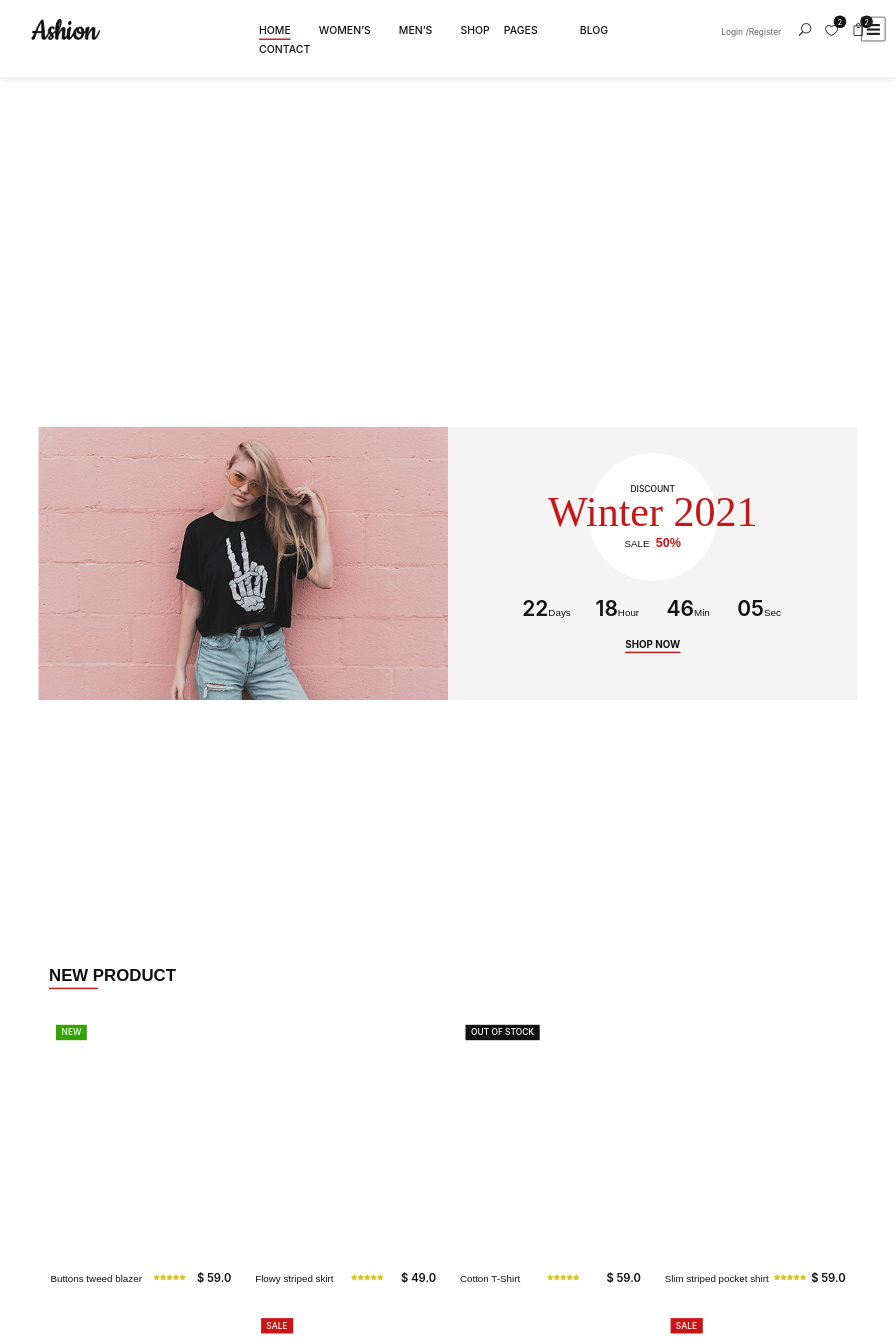
Repository: banchiec/shopping-fashion
Page: /
These files come from the project's save history. The page is drawn as it stood at one moment and after a run of saves; the edit follows.
The browser window is 1280 px wide. The pictures show the part of the page from y = 0 to 1920 px (the page is 2749 px tall before and 2793 px after), at 70% of full size.
The project was rebuilt for these pictures with package versions that can differ from the ones it lists, and the page was loaded fresh each time. Also part of the build but not shown: src/App.css, src/pages/Shop/Shop.js.

Above is the page before, as saved 2023-07-15 01:18:56.

### public/index.html
<!DOCTYPE html>
<html lang="en">
	<head>
		<meta charset="utf-8" />
		<link rel="icon" href="%PUBLIC_URL%/favicon.ico" />
		<meta name="viewport" content="width=device-width, initial-scale=1" />
		<meta name="theme-color" content="#000000" />
		<meta name="description" content="Web site created using create-react-app" />
		<link rel="apple-touch-icon" href="%PUBLIC_URL%/logo192.png" />
		<!--
      manifest.json provides metadata used when your web app is installed on a
      user's mobile device or desktop. See https://developers.google.com/web/fundamentals/web-app-manifest/
    -->
		<link rel="manifest" href="%PUBLIC_URL%/manifest.json" />
		<!--
      Notice the use of %PUBLIC_URL% in the tags above.
      It will be replaced with the URL of the `public` folder during the build.
      Only files inside the `public` folder can be referenced from the HTML.

      Unlike "/favicon.ico" or "favicon.ico", "%PUBLIC_URL%/favicon.ico" will
      work correctly both with client-side routing and a non-root public URL.
      Learn how to configure a non-root public URL by running `npm run build`.
    -->
		<title>React App</title>
		<link rel="stylesheet" href="assets/css/bootstrap.min.css" type="text/css" />
		<link rel="stylesheet" href="assets/css/font-awesome.min.css" type="text/css" />
		<link rel="stylesheet" href="assets/css/elegant-icons.css" type="text/css" />
		<link rel="stylesheet" href="assets/css/jquery-ui.min.css" type="text/css" />
		<link rel="stylesheet" href="assets/css/magnific-popup.css" type="text/css" />
		<link rel="stylesheet" href="assets/css/owl.carousel.min.css" type="text/css" />
		<link rel="stylesheet" href="assets/css/slicknav.min.css" type="text/css" />
		<link rel="stylesheet" href="assets/css/style.css" type="text/css" />
		<!-- Custom Scripts for this template -->
		<script src="assets/js/jquery-3.3.1.min.js"></script>
		<script src="assets/js/bootstrap.min.js"></script>
		<script src="assets/js/jquery.magnific-popup.min.js"></script>
		<script src="assets/js/jquery-ui.min.js"></script>
		<script src="assets/js/mixitup.min.js"></script>
		<script src="assets/js/jquery.slicknav.js"></script>
		<script src="assets/js/owl.carousel.min.js"></script>
		<script src="assets/js/jquery.nicescroll.min.js"></script>
		<script src="assets/js/main.js"></script>
	</head>
	<body>
		<noscript>You need to enable JavaScript to run this app.</noscript>
		<div id="root"></div>
		<!--
      This HTML file is a template.
      If you open it directly in the browser, you will see an empty page.

      You can add webfonts, meta tags, or analytics to this file.
      The build step will place the bundled scripts into the <body> tag.

      To begin the development, run `npm start` or `yarn start`.
      To create a production bundle, use `npm run build` or `yarn build`.
    -->
	</body>
</html>

### src/index.js
import React from "react"
import { Provider } from "react-redux"
import { store } from "./redux/store"
import ReactDOM from "react-dom/client"
import "./index.css"
import App from "./App"

const root = ReactDOM.createRoot(document.getElementById("root"))
root.render(
	<Provider store={store}>
		<App />
	</Provider>
)

### src/components/Header/styles/headerStyles.css
.header {
	background: #ffffff;
	-webkit-box-shadow: 0px 5px 10px rgba(91, 91, 91, 0.1);
	box-shadow: 0px 5px 10px rgba(91, 91, 91, 0.1);
}

.header__logo {
	padding: 26px 0;
}

.header__logo a {
	display: inline-block;
}

.header__menu {
	padding: 30px 0 27px;
}

.header__menu ul li {
	list-style: none;
	display: inline-block;
	margin-right: 40px;
	position: relative;
}

.header__menu ul li.active a:after {
	-webkit-transform: scale(1);
	-ms-transform: scale(1);
	transform: scale(1);
}

.header__menu ul li:hover a:after {
	-webkit-transform: scale(1);
	-ms-transform: scale(1);
	transform: scale(1);
}

.header__menu ul li:hover .dropdown {
	top: 27px;
	opacity: 1;
	visibility: visible;
}

.header__menu ul li:last-child {
	margin-right: 0;
}

.header__menu ul li .dropdown {
	position: absolute;
	left: 0;
	top: 56px;
	width: 150px;
	background: #111111;
	text-align: left;
	padding: 2px 0;
	z-index: 9;
	opacity: 0;
	visibility: hidden;
	-webkit-transition: all, 0.3s;
	-o-transition: all, 0.3s;
	transition: all, 0.3s;
}

.header__menu ul li .dropdown li {
	display: block;
	margin-right: 0;
}

.header__menu ul a {
	padding: 8px 20px;
}

.header__menu ul li .dropdown li a {
	font-size: 14px;
	color: #ffffff;
	font-weight: 400;
	padding: 8px 20px;
	text-transform: capitalize;
}

.header__menu ul li .dropdown li a:after {
	display: none;
}

.header__menu ul li a {
	font-size: 15px;
	text-transform: uppercase;
	color: #111111;
	font-weight: 500;
	display: block;
	padding: 2px 0;
	position: relative;
}

.header__menu ul li a:after {
	position: absolute;
	left: 0;
	bottom: 0;
	width: 100%;
	height: 2px;
	background: #ca1515;
	content: '';
	-webkit-transition: all, 0.5s;
	-o-transition: all, 0.5s;
	transition: all, 0.5s;
	-webkit-transform: scale(0);
	-ms-transform: scale(0);
	transform: scale(0);
}

.header__right {
	text-align: right;
	padding: 30px 0 27px;
}

.header__right__auth {
	display: inline-block;
	margin-right: 25px;
}

.header__right__auth a {
	font-size: 12px;
	color: #666666;
	position: relative;
	margin-right: 8px;
}

.header__right__auth a:last-child {
	margin-right: 0;
}

.header__right__auth a:last-child:after {
	display: none;
}

.header__right__auth a:after {
	position: absolute;
	right: -8px;
	top: -2px;
	content: '/';
	font-size: 13px;
}

.header__right__widget {
	display: inline-block;
}

.header__right__widget li {
	list-style: none;
	display: inline-block;
	font-size: 18px;
	color: #111111;
	margin-right: 20px;
	cursor: pointer;
}

.header__right__widget li:last-child {
	margin-right: 0;
}

.header__right__widget li a {
	font-size: 18px;
	color: #111111;
	position: relative;
}

.header__right__widget li a .tip {
	position: absolute;
	right: -12px;
	top: -11px;
	height: 18px;
	width: 18px;
	background: #111111;
	font-size: 10px;
	font-weight: 500;
	color: #ffffff;
	line-height: 18px;
	text-align: center;
	border-radius: 50%;
}

.offcanvas-menu-wrapper {
	display: none;
}

.canvas__open {
	display: none;
}
.canvas__open {
	display: block;
	font-size: 22px;
	color: #222;
	height: 35px;
	width: 35px;
	line-height: 35px;
	text-align: center;
	border: 1px solid #323232;
	border-radius: 2px;
	cursor: pointer;
	position: absolute;
	right: 15px;
	top: 24px;
}
@media only screen and (max-width: 767px) {
	.canvas__open {
		display: block;
		font-size: 22px;
		color: #222;
		height: 35px;
		width: 35px;
		line-height: 35px;
		text-align: center;
		border: 1px solid #323232;
		border-radius: 2px;
		cursor: pointer;
		position: absolute;
		right: 15px;
		top: 24px;
	}
}

### src/components/CarouselSection/Carousel.jsx
const CarouselSection = (props) => {
	return (
		<section className="banner">
			<div className="container">
				<div className="row">
					<div className="col-xl-7 col-lg-8 m-auto">
						<div className="banner__slider owl-carousel">
							<div>
								<div className="banner__text">
									<span>The Chloe Collection</span>
									<h1>The Project Jacket</h1>
									<a href="#">Shop now</a>
								</div>
							</div>
							<div>
								<div className="banner__text">
									<span>The Chloe Collection</span>
									<img src="assets/img/banner/banner-1.jpg" alt="banner" />
									<h1>The Project Jacket </h1>
									<a href="#">Shop now</a>
								</div>
							</div>
							<div>
								<div className="banner__text">
									<span>The Chloe Collection</span>
									<h1>The Project Jacket</h1>
									<a href="#">Shop now</a>
								</div>
							</div>
						</div>
					</div>
				</div>
			</div>
		</section>
	)
}

export default CarouselSection

### src/components/DiscountsSection/DiscountsBanner.jsx
const DiscountsBanner = () => {
	return (
		<>
			<section className="discount">
				<div className="container">
					<div className="row">
						<div className="col-lg-6 p-0">
							<div className="discount__pic">
								<img src="assets/img/discount.jpg" alt="" />
							</div>
						</div>
						<div className="col-lg-6 p-0">
							<div className="discount__text">
								<div className="discount__text__title">
									<span>Discount</span>
									<h2>Winter 2021</h2>
									<h5>
										<span>Sale</span> 50%
									</h5>
								</div>
								<div className="discount__countdown" id="countdown-time">
									<div className="countdown__item">
										<span>22</span>
										<p>Days</p>
									</div>
									<div className="countdown__item">
										<span>18</span>
										<p>Hour</p>
									</div>
									<div className="countdown__item">
										<span>46</span>
										<p>Min</p>
									</div>
									<div className="countdown__item">
										<span>05</span>
										<p>Sec</p>
									</div>
								</div>
								<a href="#">Shop now</a>
							</div>
						</div>
					</div>
				</div>
			</section>
		</>
	)
}
export default DiscountsBanner

### src/components/SocialSection/SocialSection.jsx
const SocialSection = () => {
	return (
		<>
			<div className="instagram">
				<div className="container-fluid">
					<div className="row">
						<div className="col-lg-2 col-md-4 col-sm-4 p-0">
							<div
								className="instagram__item set-bg"
								data-setbg="assets/img/instagram/insta-1.jpg"
							>
								<div className="instagram__text">
									<i className="fa fa-instagram"></i>
									<a href="#">@ ashion_shop</a>
								</div>
							</div>
						</div>
						<div className="col-lg-2 col-md-4 col-sm-4 p-0">
							<div
								className="instagram__item set-bg"
								data-setbg="assets/img/instagram/insta-2.jpg"
							>
								<div className="instagram__text">
									<i className="fa fa-instagram"></i>
									<a href="#">@ ashion_shop</a>
								</div>
							</div>
						</div>
						<div className="col-lg-2 col-md-4 col-sm-4 p-0">
							<div
								className="instagram__item set-bg"
								data-setbg="assets/img/instagram/insta-3.jpg"
							>
								<div className="instagram__text">
									<i className="fa fa-instagram"></i>
									<a href="#">@ ashion_shop</a>
								</div>
							</div>
						</div>
						<div className="col-lg-2 col-md-4 col-sm-4 p-0">
							<div
								className="instagram__item set-bg"
								data-setbg="assets/img/instagram/insta-4.jpg"
							>
								<div className="instagram__text">
									<i className="fa fa-instagram"></i>
									<a href="#">@ ashion_shop</a>
								</div>
							</div>
						</div>
						<div className="col-lg-2 col-md-4 col-sm-4 p-0">
							<div
								className="instagram__item set-bg"
								data-setbg="assets/img/instagram/insta-5.jpg"
							>
								<div className="instagram__text">
									<i className="fa fa-instagram"></i>
									<a href="#">@ ashion_shop</a>
								</div>
							</div>
						</div>
						<div className="col-lg-2 col-md-4 col-sm-4 p-0">
							<div
								className="instagram__item set-bg"
								data-setbg="assets/img/instagram/insta-6.jpg"
							>
								<div className="instagram__text">
									<i className="fa fa-instagram"></i>
									<a href="#">@ ashion_shop</a>
								</div>
							</div>
						</div>
					</div>
				</div>
			</div>
		</>
	)
}
export default SocialSection

### src/components/Footer/footer.jsx
const Footer = () => {
	return (
		<>
			<footer className="footer">
				<div className="container">
					<div className="row">
						<div className="col-lg-4 col-md-6 col-sm-7">
							<div className="footer__about">
								<div className="footer__logo">
									<a href="#">
										<img src="assets/img/logo.png" alt="" />
									</a>
								</div>
								<p>
									Lorem ipsum dolor sit amet, consectetur adipiscing elit, sed do eiusmod
									tempor incididunt cilisis.
								</p>
								<div className="footer__payment">
									<a href="#">
										<img src="assets/img/payment/payment-1.png" alt="" />
									</a>
									<a href="#">
										<img src="assets/img/payment/payment-2.png" alt="" />
									</a>
									<a href="#">
										<img src="assets/img/payment/payment-3.png" alt="" />
									</a>
									<a href="#">
										<img src="assets/img/payment/payment-4.png" alt="" />
									</a>
									<a href="#">
										<img src="assets/img/payment/payment-5.png" alt="" />
									</a>
								</div>
							</div>
						</div>
						<div className="col-lg-2 col-md-3 col-sm-5">
							<div className="footer__widget">
								<h6>Quick links</h6>
								<ul>
									<li>
										<a href="#">About</a>
									</li>
									<li>
										<a href="#">Blogs</a>
									</li>
									<li>
										<a href="#">Contact</a>
									</li>
									<li>
										<a href="#">FAQ</a>
									</li>
								</ul>
							</div>
						</div>
						<div className="col-lg-2 col-md-3 col-sm-4">
							<div className="footer__widget">
								<h6>Account</h6>
								<ul>
									<li>
										<a href="#">My Account</a>
									</li>
									<li>
										<a href="#">Orders Tracking</a>
									</li>
									<li>
										<a href="#">Checkout</a>
									</li>
									<li>
										<a href="#">Wishlist</a>
									</li>
								</ul>
							</div>
						</div>
						<div className="col-lg-4 col-md-8 col-sm-8">
							<div className="footer__newslatter">
								<h6>NEWSLETTER</h6>
								<form action="#">
									<input type="text" placeholder="Email" />
									<button type="submit" className="site-btn">
										Subscribe
									</button>
								</form>
								<div className="footer__social">
									<a href="#">
										<i className="fa fa-facebook"></i>
									</a>
									<a href="#">
										<i className="fa fa-twitter"></i>
									</a>
									<a href="#">
										<i className="fa fa-youtube-play"></i>
									</a>
									<a href="#">
										<i className="fa fa-instagram"></i>
									</a>
									<a href="#">
										<i className="fa fa-pinterest"></i>
									</a>
								</div>
							</div>
						</div>
					</div>
					<div className="row">
						<div className="col-lg-12">
							<div className="footer__copyright__text">
								<p>
									Copyright &copy;{' '}
									<script>document.write(new Date().getFullYear());</script> All rights
									reserved | This template is made with{' '}
									<i className="fa fa-heart" aria-hidden="true"></i> by{' '}
									<a href="#" target="_blank">
										Heart
									</a>
								</p>
							</div>
						</div>
					</div>
				</div>
			</footer>
		</>
	)
}

export default Footer

Loaded but not shown: src/index.css (common file); public/assets/css/bootstrap.min.css (library); public/assets/css/font-awesome.min.css (library); public/assets/css/elegant-icons.css (library); public/assets/css/jquery-ui.min.css (library); public/assets/css/magnific-popup.css (library); public/assets/css/owl.carousel.min.css (library); public/assets/css/slicknav.min.css (common file); public/assets/js/jquery-3.3.1.min.js (library); public/assets/js/bootstrap.min.js (library); public/assets/js/jquery.magnific-popup.min.js (library); public/assets/js/jquery-ui.min.js (library); public/assets/js/mixitup.min.js (library); public/assets/js/jquery.slicknav.js (library); public/assets/js/owl.carousel.min.js (library); public/assets/js/jquery.nicescroll.min.js (library); public/assets/js/main.js (225 lines, source omitted); src/components/Header/Header.js (115 lines, source omitted); src/redux/reducers/auth/authSessionReducers.js (73 lines, source omitted); src/components/Header/libs/MenuWrapper.js (41 lines, source omitted); src/redux/reducers/auth/authLoginReducers.js (54 lines, source omitted); src/redux/reducers/auth/authSignupReducers.js (37 lines, source omitted); src/routes.js (28 lines, source omitted); src/pages/Home/Home.js (18 lines, source omitted); src/App.js (19 lines, source omitted); src/redux/reducers/index.js (10 lines, source omitted); src/redux/constants/auth/authLoginConstants.js (10 lines, source omitted); src/redux/constants/auth/authSessionConstants.js (6 lines, source omitted); src/redux/store.js (6 lines, source omitted); src/redux/constants/auth/authSignupConstants.js (3 lines, source omitted); src/components/DiscountsSection/index.js (2 lines, source omitted); src/components/SocialSection/index.js (2 lines, source omitted); src/components/CarouselSection/index.js (2 lines, source omitted); src/components/SmallShop/index.js (2 lines, source omitted); src/components/Header/index.js (2 lines, source omitted); src/components/Footer/index.js (2 lines, source omitted); public/assets/css/style.css (3680 lines, source omitted); src/assets/css/style.css (3675 lines, source omitted); src/components/SmallShop/SmallShop.jsx (341 lines, source omitted)

After the next 2 saves:
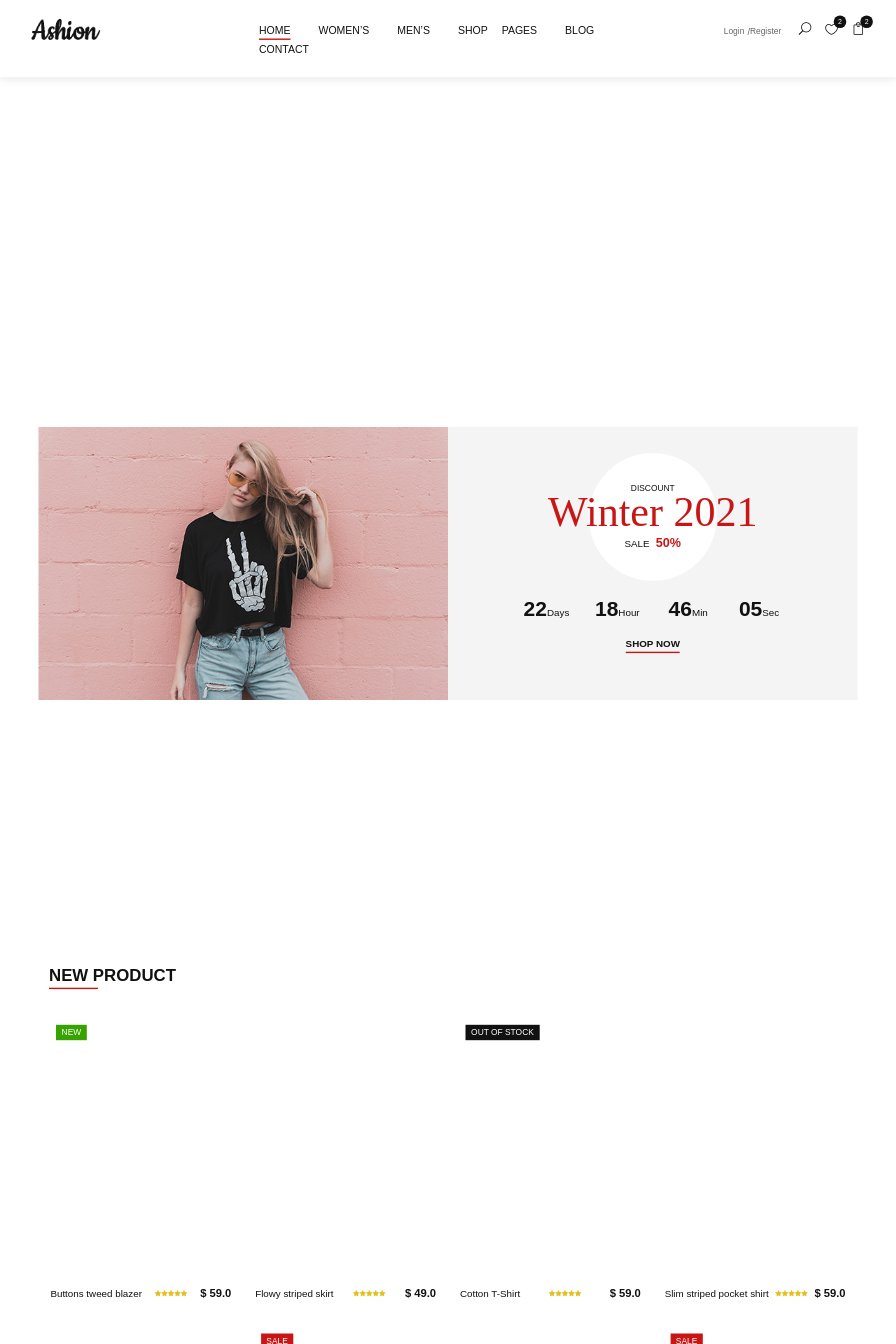
The 2 saves are shown as one change because 1 did not build or start.
The last was saved 67 s later.
--- a/src/index.js
+++ b/src/index.js
@@ -4,6 +4,7 @@ import { store } from "./redux/store"
 import ReactDOM from "react-dom/client"
 import "./index.css"
 import App from "./App"
+import "../src/assets/css/style.css"
 
 const root = ReactDOM.createRoot(document.getElementById("root"))
 root.render(
